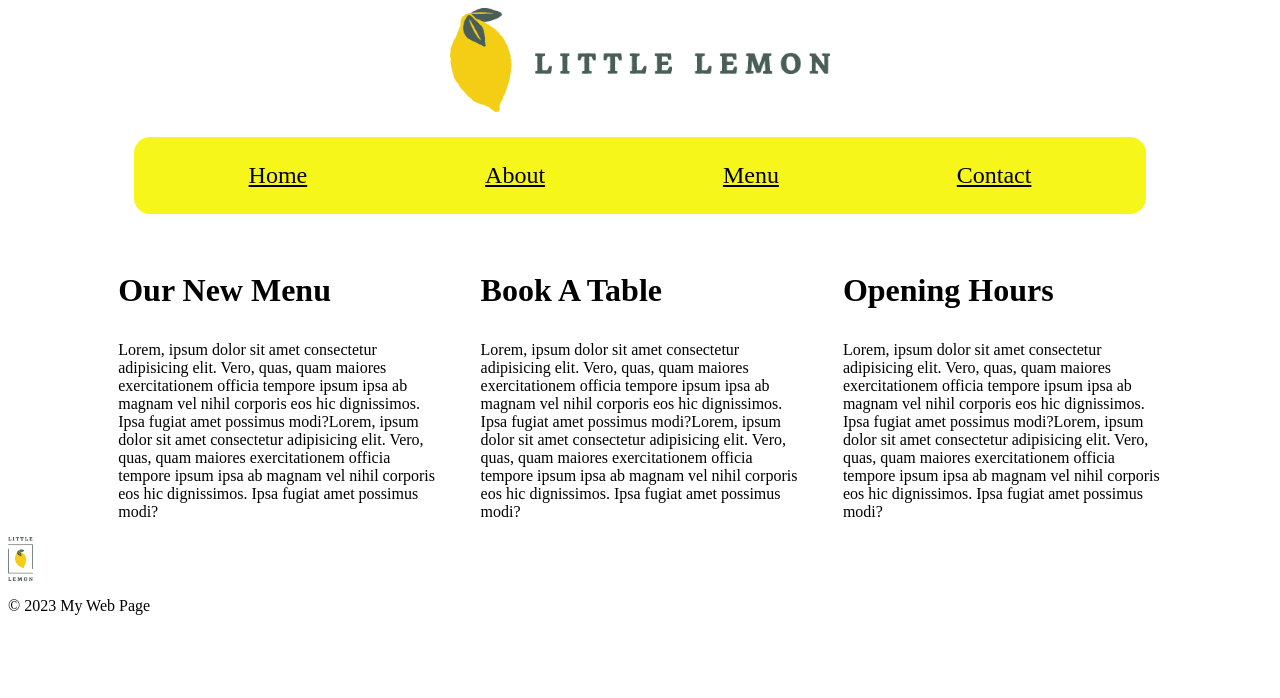
Repository: Yeshwanth-189/meta-html-css
Page: index.html
These files come from the project's save history. The page is drawn as it stood at one moment and after the next save; the edit follows.
The browser window is 1280 px wide. The pictures show the whole page.

Above is the page before, as saved 2025-04-21 15:46:50.

After the next save:
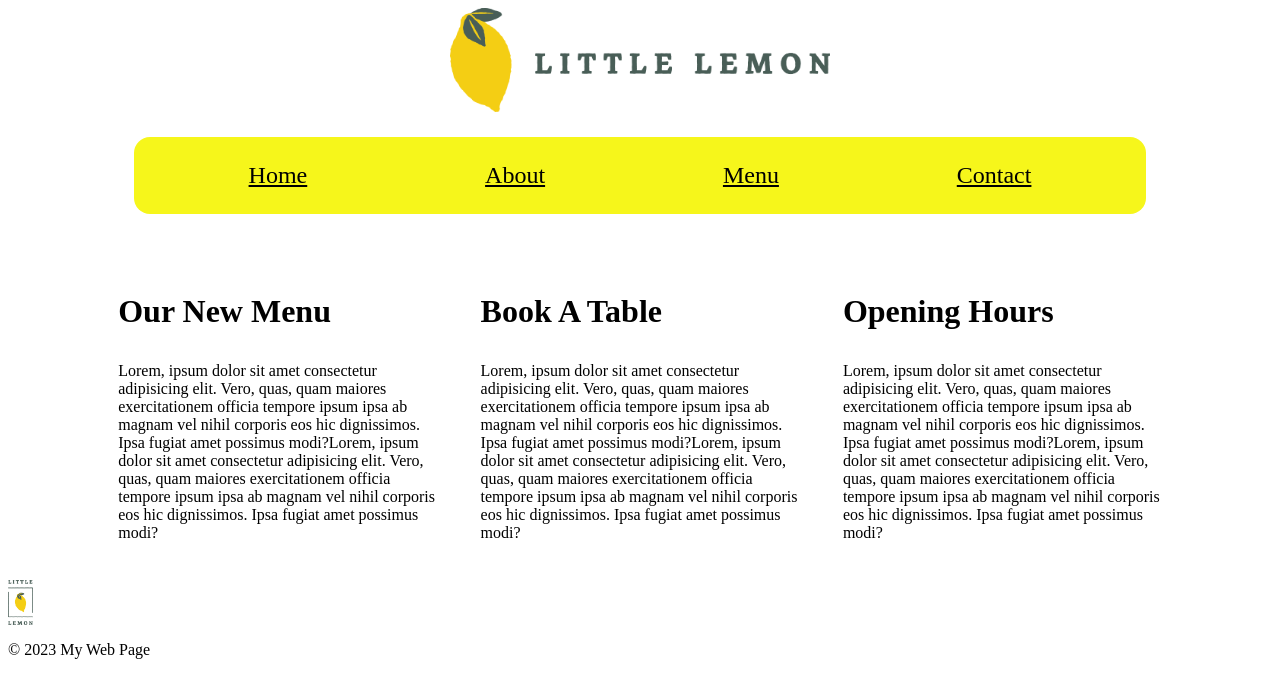
Saved 2 min 1 s later.
--- a/styles.css
+++ b/styles.css
@@ -41,6 +41,8 @@
   flex: 1;
   padding-left: 2%;
   padding-right: 2%;
+  padding-top: 2%;
+  padding-bottom: 2%;
 }
 footer div {
   display: flex;
